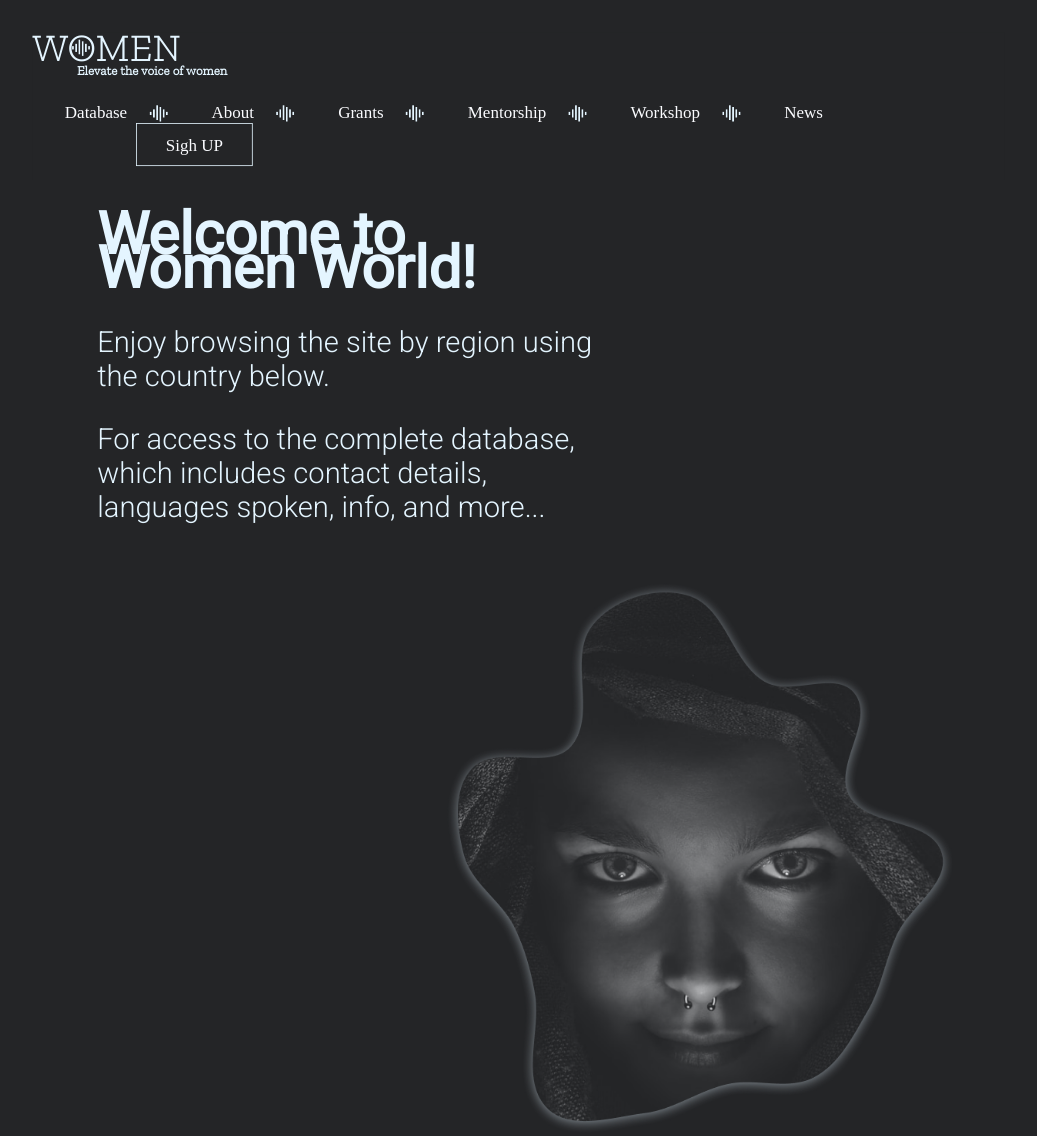
Repository: AndreyMykulych/user_home_work_Mykulych
Page: 5/index.html
These files come from the project's save history. The page is drawn as it stood at one moment and after the next save; the edit follows.
The browser window is 1280 px wide. The pictures show the whole page, at 81% of full size.

Above is the page before, as saved 2023-03-04 20:42:22.

After the next save:
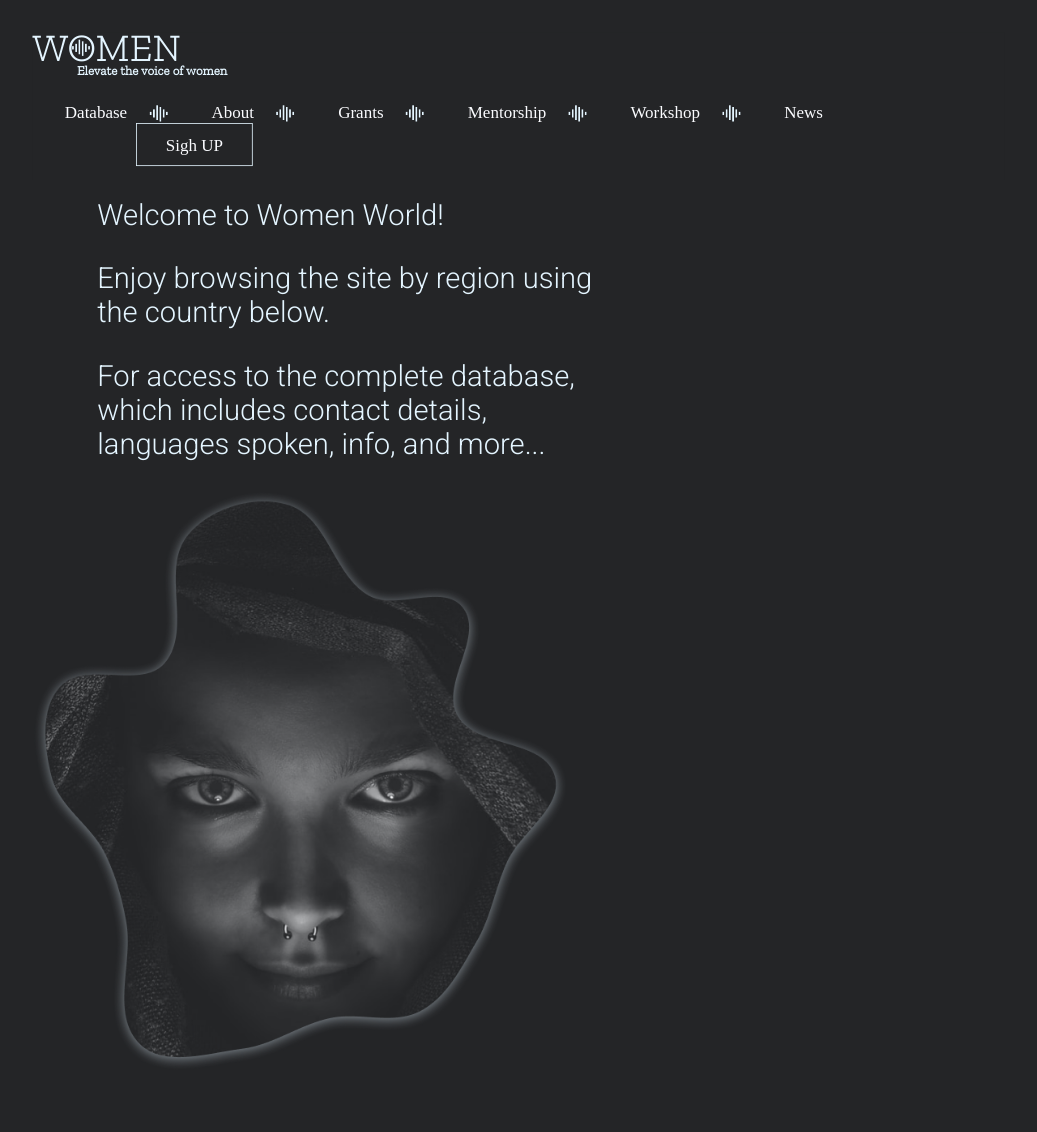
Saved 36 s later.
--- a/5/style/index.css
+++ b/5/style/index.css
@@ -107,12 +107,15 @@ font-family: 'Zilla Slab', serif;
     height: auto;
     margin-left: 80px;
     float: left;
+}
+.text_block h1,p{
     font-family: 'Roboto',sans-serif;
-font-style: normal;
-font-weight: 300;
-font-size: 36px;
-line-height: 42px;
-color: #E4F5FF;
+    font-style: normal;
+    font-weight: 300;
+    font-size: 36px;
+    line-height: 42px;
+    color: #E4F5FF;
+    }
 }
 /* .middle_content h1::after{
     background-image: url("../img/Vector_(2).png");
